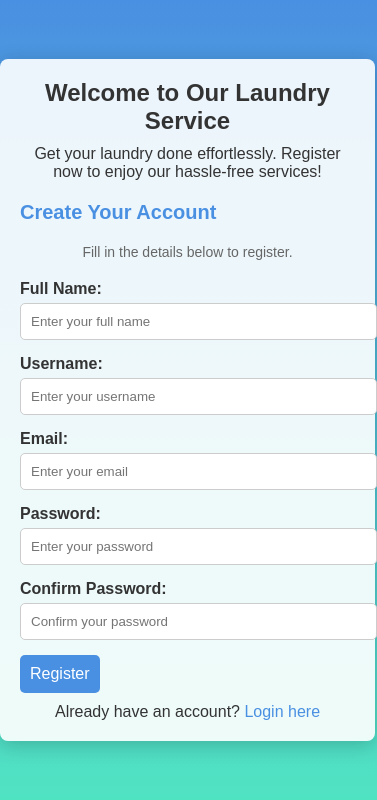
Repository: wmrmweerakoon/Online-Laundry-Management-System
Page: http://localhost/LaundryManagementSystem/Register.jsp
The author's editor kept a copy of each file at every save. The page is drawn from the files as they stood at one save, then again after the next save.
The browser window is 375 px wide. The page is 377 px wide, then 375 px, so the pictures cover 377 px, including what lies to the right of the window. The pictures show the whole page.
The page is served by Tomcat 9. Other server files are loaded and not shown.

Above is the page before, as saved 2024-10-13 10:44:05.

### Projects/LaundryManagementSystem/src/main/webapp/Register.jsp
<%@ page language="java" contentType="text/html; charset=UTF-8" pageEncoding="UTF-8"%>
<!DOCTYPE html>
<html lang="en">
<head>
    <meta charset="UTF-8">
    <meta name="viewport" content="width=device-width, initial-scale=1.0">
    <title>Register - Online Laundry Management System</title>
    <link rel="stylesheet" href="CSS/Register.css">
</head>
<body>
    <div class="register-background">
        <div class="content-container">
            <div class="text-content">
                <h1>Welcome to Our Laundry Service</h1>
                <p>Get your laundry done effortlessly. Register now to enjoy our hassle-free services!</p>
            </div>

            <div class="register-container">
                <h2>Create Your Account</h2>
                <p class="info-text">Fill in the details below to register.</p>

                <form id="registerForm" action="RegisterServlet" method="POST" onsubmit="return validateForm()">
                    <div class="form-group">
                        <label for="fullname">Full Name:</label>
                        <input type="text" id="fullname" name="fullname" placeholder="Enter your full name" required>
                    </div>
                    <div class="form-group">
                        <label for="username">Username:</label>
                        <input type="text" id="username" name="username" placeholder="Enter your username" required>
                    </div>
                    <div class="form-group">
                        <label for="email">Email:</label>
                        <input type="email" id="email" name="email" placeholder="Enter your email" required>
                    </div>
                    <div class="form-group">
                        <label for="password">Password:</label>
                        <input type="password" id="password" name="password" placeholder="Enter your password" required>
                    </div>
                    <div class="form-group">
                        <label for="confirmPassword">Confirm Password:</label>
                        <input type="password" id="confirmPassword" name="confirmPassword" placeholder="Confirm your password" required>
                    </div>
                    <button type="submit">Register</button>
                </form>
                <p>Already have an account? <a href="Login.jsp">Login here</a></p>
            </div>
        </div>
    </div>

    <script>
        function validateForm() {
            // Validation script remains unchanged
            const fullname = document.getElementById('fullname').value.trim();
            const username = document.getElementById('username').value.trim();
            const email = document.getElementById('email').value.trim();
            const password = document.getElementById('password').value;
            const confirmPassword = document.getElementById('confirmPassword').value;

            let valid = true;
            let errorMessage = "";

            clearErrors();

            // Validate Full Name
            if (fullname === "") {
                valid = false;
                errorMessage = "Full Name is required.";
                showError('fullname', errorMessage);
            }

            // Validate Username
            if (username === "") {
                valid = false;
                errorMessage = "Username is required.";
                showError('username', errorMessage);
            }

            // Validate Email
            if (email === "") {
                valid = false;
                errorMessage = "Email is required.";
                showError('email', errorMessage);
            } else if (!validateEmail(email)) {
                valid = false;
                errorMessage = "Invalid email format.";
                showError('email', errorMessage);
            }

            // Validate Password
            if (password === "") {
                valid = false;
                errorMessage = "Password is required.";
                showError('password', errorMessage);
            } else if (password.length < 8) {
                valid = false;
                errorMessage = "Password must be at least 8 characters long.";
                showError('password', errorMessage);
            }

            // Validate Confirm Password
            if (confirmPassword === "") {
                valid = false;
                errorMessage = "Please confirm your password.";
                showError('confirmPassword', errorMessage);
            } else if (password !== confirmPassword) {
                valid = false;
                errorMessage = "Passwords do not match.";
                showError('confirmPassword', errorMessage);
            }

            return valid;
        }

        function showError(inputId, message) {
            const errorElement = document.createElement('span');
            errorElement.className = 'error';
            errorElement.textContent = message;

            const inputField = document.getElementById(inputId);
            inputField.parentNode.insertBefore(errorElement, inputField.nextSibling);
        }

        function clearErrors() {
            const errorElements = document.querySelectorAll('.error');
            errorElements.forEach(element => {
                element.remove();
            });
        }

        function validateEmail(email) {
            const emailPattern = /^[^\s@]+@[^\s@]+\.[^\s@]+$/;
            return emailPattern.test(email);
        }
    </script>
</body>
</html>

### Projects/LaundryManagementSystem/src/main/webapp/CSS/Register.css
/* Reset some default styles */
body, h1, h2, p {
    margin: 0;
    padding: 0;
}

/* Set a background for the entire body */
body {
    font-family: 'Arial', sans-serif;
    background: linear-gradient(to bottom, #4A90E2, #50E3C2);
    color: #333;
    display: flex;
    justify-content: center;
    align-items: center;
    height: 100vh;
}

/* Main container for the registration content */
.register-background {
    background-color: rgba(255, 255, 255, 0.9);
    border-radius: 8px;
    box-shadow: 0 4px 20px rgba(0, 0, 0, 0.2);
    padding: 20px;
    width: 90%;
    max-width: 400px;
}

/* Text content styling */
.text-content {
    text-align: center;
    margin-bottom: 20px;
}

h1 {
    font-size: 24px;
    margin-bottom: 10px;
}

h2 {
    font-size: 20px;
    color: #4A90E2;
    margin-bottom: 10px;
}

.info-text {
    font-size: 14px;
    color: #666;
    margin-bottom: 20px;
}

/* Register form container */
.register-container {
    display: flex;
    flex-direction: column;
}

/* Form group styles */
.form-group {
    margin-bottom: 15px;
}

label {
    font-weight: bold;
    display: block;
    margin-bottom: 5px;
}

input[type="text"],
input[type="email"],
input[type="password"] {
    width: 100%;
    padding: 10px;
    border: 1px solid #ccc;
    border-radius: 5px;
    transition: border-color 0.3s;
}

input[type="text"]:focus,
input[type="email"]:focus,
input[type="password"]:focus {
    border-color: #4A90E2;
    outline: none;
}

/* Error message styling */
.error {
    color: red;
    font-size: 12px;
    margin-top: 5px;
}

/* Button styles */
button {
    background-color: #4A90E2;
    color: white;
    border: none;
    border-radius: 5px;
    padding: 10px;
    cursor: pointer;
    font-size: 16px;
    transition: background-color 0.3s;
}

button:hover {
    background-color: #357ABD;
}

/* Link styles */
p {
    text-align: center;
    margin-top: 10px;
}

a {
    color: #4A90E2;
    text-decoration: none;
}

a:hover {
    text-decoration: underline;
}

After the next save:
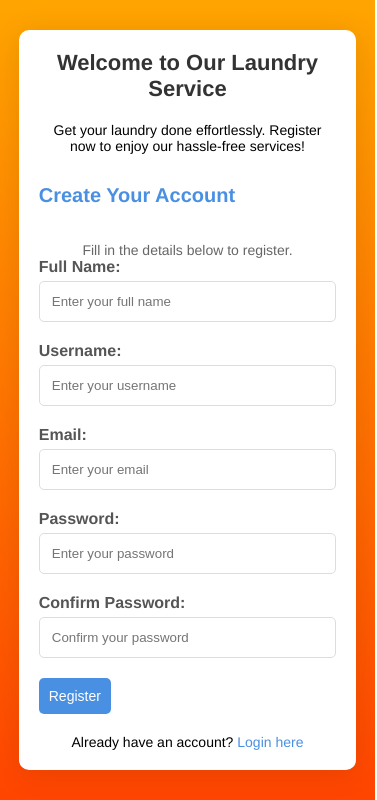
Saved 27 s later.
--- a/Projects/LaundryManagementSystem/src/main/webapp/CSS/Register.css
+++ b/Projects/LaundryManagementSystem/src/main/webapp/CSS/Register.css
@@ -1,78 +1,79 @@
-/* Reset some default styles */
-body, h1, h2, p {
+/* Reset default styles */
+* {
+    box-sizing: border-box;
     margin: 0;
     padding: 0;
 }
 
-/* Set a background for the entire body */
+/* Body styling */
 body {
-    font-family: 'Arial', sans-serif;
-    background: linear-gradient(to bottom, #4A90E2, #50E3C2);
-    color: #333;
+    font-family: 'Helvetica Neue', Arial, sans-serif;
+    background: linear-gradient(to bottom, #FFA500, #FF4500); /* Gradient background from orange to dark orange */
     display: flex;
     justify-content: center;
     align-items: center;
     height: 100vh;
 }
 
-/* Main container for the registration content */
+/* Main registration container */
 .register-background {
-    background-color: rgba(255, 255, 255, 0.9);
-    border-radius: 8px;
-    box-shadow: 0 4px 20px rgba(0, 0, 0, 0.2);
-    padding: 20px;
+    background-color: #ffffff;
+    border-radius: 10px;
+    box-shadow: 0 4px 30px rgba(0, 0, 0, 0.1);
+    padding: 40px;
     width: 90%;
-    max-width: 400px;
+    max-width: 450px;
 }
 
-/* Text content styling */
+/* Header and text styling */
 .text-content {
     text-align: center;
-    margin-bottom: 20px;
+    margin-bottom: 30px;
 }
 
 h1 {
-    font-size: 24px;
+    font-size: 26px;
+    color: #333;
     margin-bottom: 10px;
 }
 
 h2 {
-    font-size: 20px;
+    font-size: 22px;
     color: #4A90E2;
-    margin-bottom: 10px;
+    margin-bottom: 15px;
 }
 
 .info-text {
     font-size: 14px;
     color: #666;
-    margin-bottom: 20px;
 }
 
-/* Register form container */
+/* Form styling */
 .register-container {
     display: flex;
     flex-direction: column;
 }
 
-/* Form group styles */
+/* Form group styling */
 .form-group {
-    margin-bottom: 15px;
+    margin-bottom: 20px;
 }
 
 label {
     font-weight: bold;
     display: block;
     margin-bottom: 5px;
+    color: #555;
 }
 
 input[type="text"],
 input[type="email"],
 input[type="password"] {
     width: 100%;
-    padding: 10px;
-    border: 1px solid #ccc;
+    padding: 12px;
+    border: 1px solid #ddd;
     border-radius: 5px;
-    transition: border-color 0.3s;
+    transition: border-color 0.3s ease;
 }
 
 input[type="text"]:focus,
@@ -84,38 +85,62 @@ input[type="password"]:focus {
 
 /* Error message styling */
 .error {
-    color: red;
+    color: #e74c3c;
     font-size: 12px;
     margin-top: 5px;
 }
 
-/* Button styles */
+/* Button styling */
 button {
     background-color: #4A90E2;
-    color: white;
+    color: #ffffff;
     border: none;
     border-radius: 5px;
-    padding: 10px;
+    padding: 12px;
     cursor: pointer;
     font-size: 16px;
-    transition: background-color 0.3s;
+    transition: background-color 0.3s ease, transform 0.2s ease;
 }
 
 button:hover {
     background-color: #357ABD;
+    transform: translateY(-1px);
 }
 
-/* Link styles */
+/* Link styling */
 p {
     text-align: center;
-    margin-top: 10px;
+    margin-top: 20px;
+    font-size: 14px;
 }
 
 a {
     color: #4A90E2;
     text-decoration: none;
+    transition: color 0.3s ease;
 }
 
 a:hover {
+    color: #357ABD;
     text-decoration: underline;
 }
+
+/* Media queries for responsiveness */
+@media (max-width: 500px) {
+    .register-background {
+        padding: 20px;
+    }
+
+    h1 {
+        font-size: 22px;
+    }
+
+    h2 {
+        font-size: 20px;
+    }
+
+    button {
+        padding: 10px;
+        font-size: 14px;
+    }
+}
